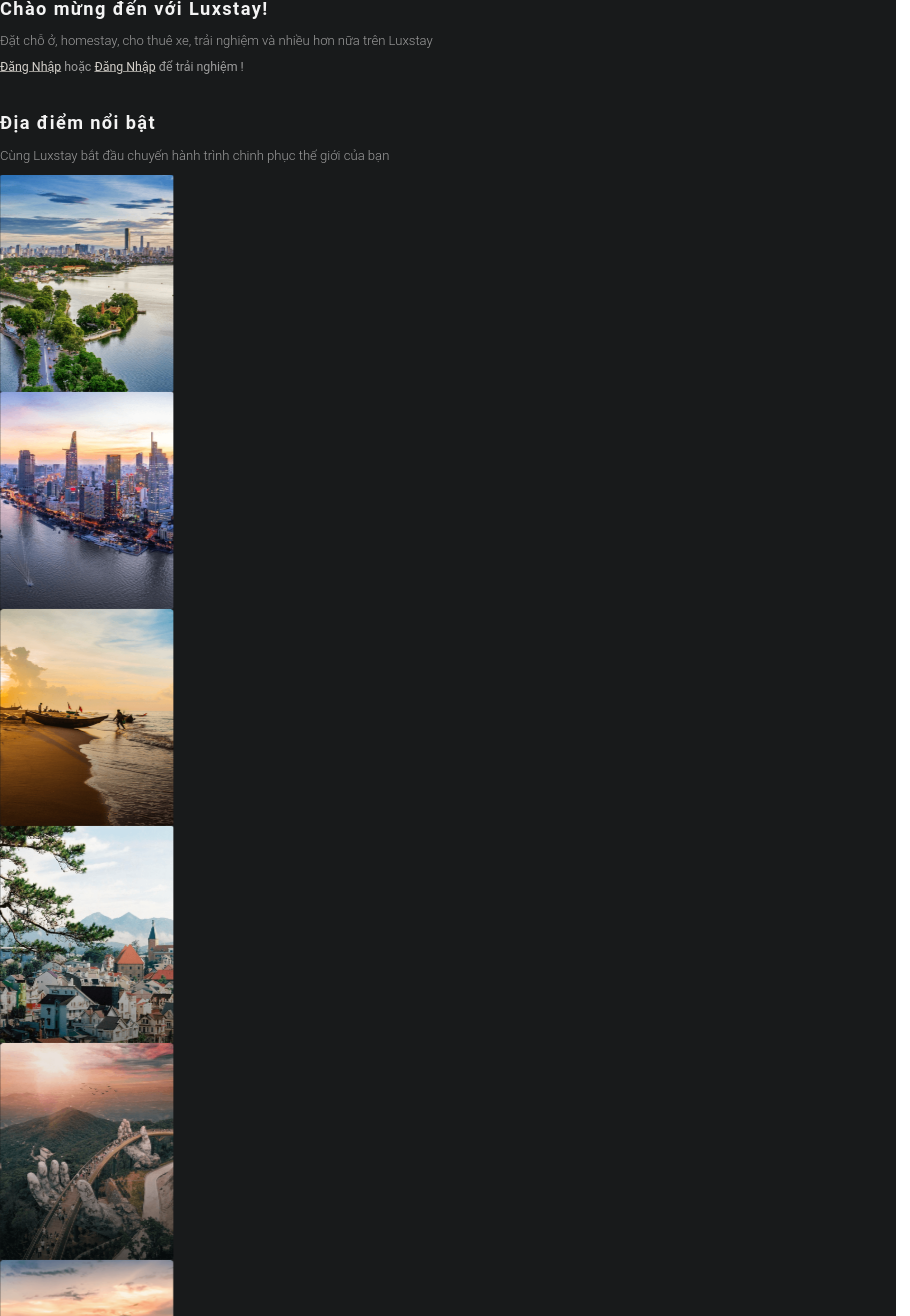
Repository: thuong22062004/Luxstay
Page: index.html
These files come from the project's save history. The page is drawn as it stood at one moment and after the next save; the edit follows.
The browser window is 1280 px wide. The page is 1300 px wide, so the pictures cover 1300 px, including what lies to the right of the window. The pictures show the part of the page from y = 527 to 2407 px (the page is 3307 px tall before and 1176 px after), at 70% of full size.
Some web libraries are served in a nearby version.

Above is the page before, as saved 2021-11-20 22:35:28.

After the next save:
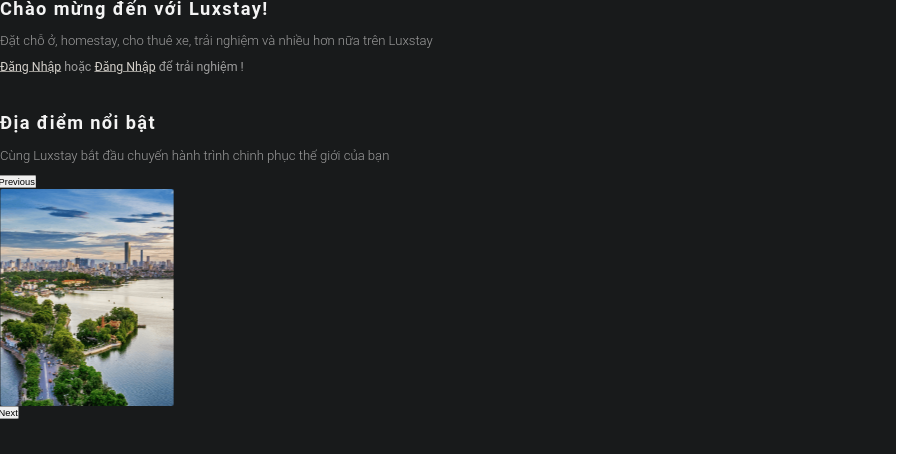
Saved 3 s later.
--- a/slickslider/slickone.js
+++ b/slickslider/slickone.js
@@ -1,5 +1,5 @@
 
 $(document).ready(function(){
-    $('.slide-location').slick()
+    $('.slider-site').slick()
 
   })
